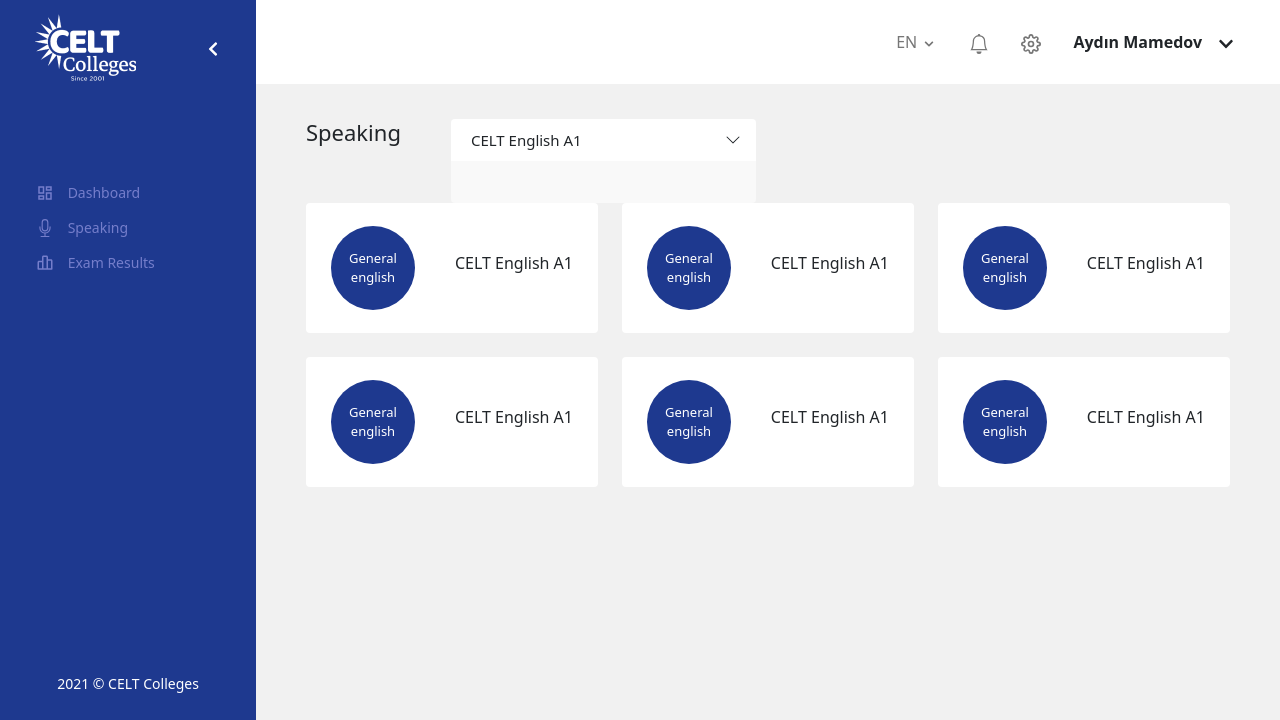
Repository: aydinws/celtapp
Page: /speaking
The author's editor kept a copy of each file at every save. The page is drawn from the files as they stood at one save, then again after the next save.
The browser window is 1280 px wide. The pictures show the whole page.
The project was rebuilt for these pictures with package versions that can differ from the ones it lists, and the page was loaded fresh each time. Also part of the build but not shown: src/pages/Dashboard/index.js, src/pages/ExamResults/index.scss, src/components/Table/index.scss, src/components/Pagination/index.scss, src/components/Pagination/index.js, src/components/Table/index.js, src/pages/ExamResults/index.js.

Above is the page before, as saved 2021-06-10 00:23:42.

After the next save:
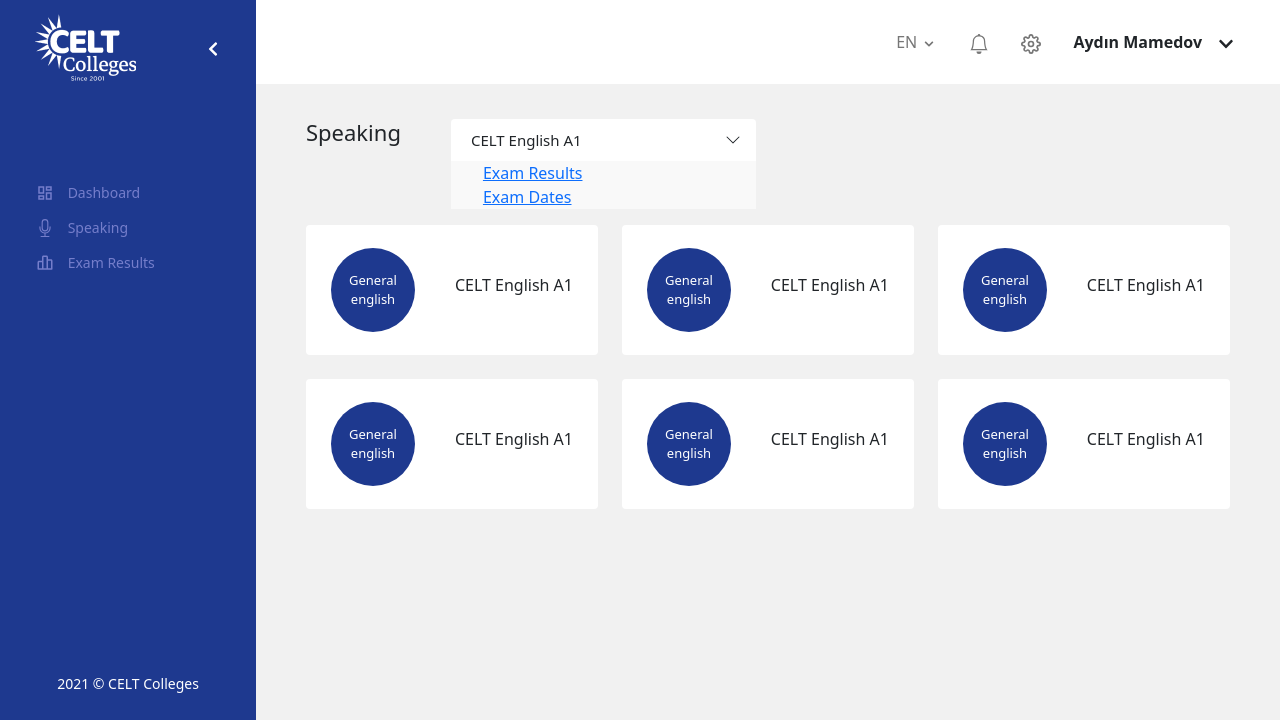
Saved 101 s later.
--- a/src/pages/Speakings/index.js
+++ b/src/pages/Speakings/index.js
@@ -33,7 +33,10 @@
                                         <BsChevronDown />
                                     </div>
                                     <div className="select-option-items">
-
+                                        <ul>
+                                            <li><a href="">Exam Results</a></li>
+                                            <li><a href="">Exam Dates</a></li>
+                                        </ul>
                                     </div>
                                 </div>
                             </div>
